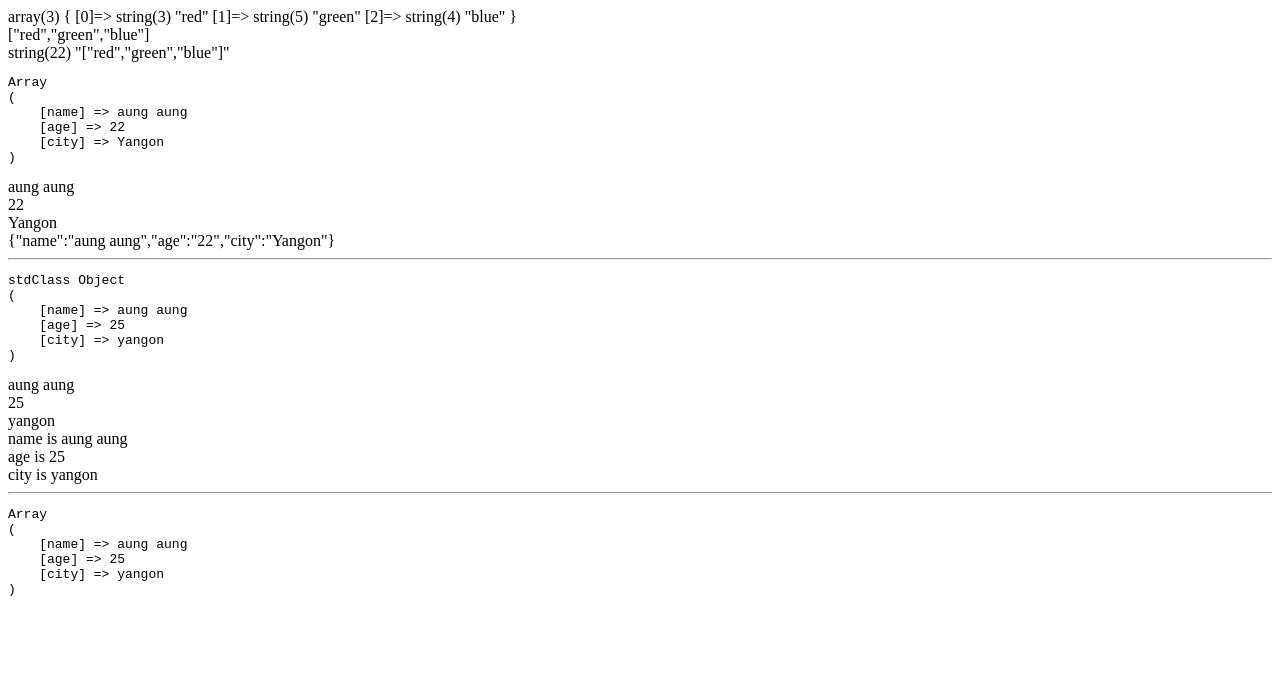
Repository: hsumyatm7308/PHP
Page: http://localhost/l37json.php
An editor plug-in stored every save of this project. The page is shown before and after the next save, followed by the edit.
The browser window is 1280 px wide. The pictures show the whole page.
The page is run by PHP 8.4 with error messages shown; the project is at /var/www/html/.

Above is the page before, as saved 2023-05-12 17:17:18.

After the next save:
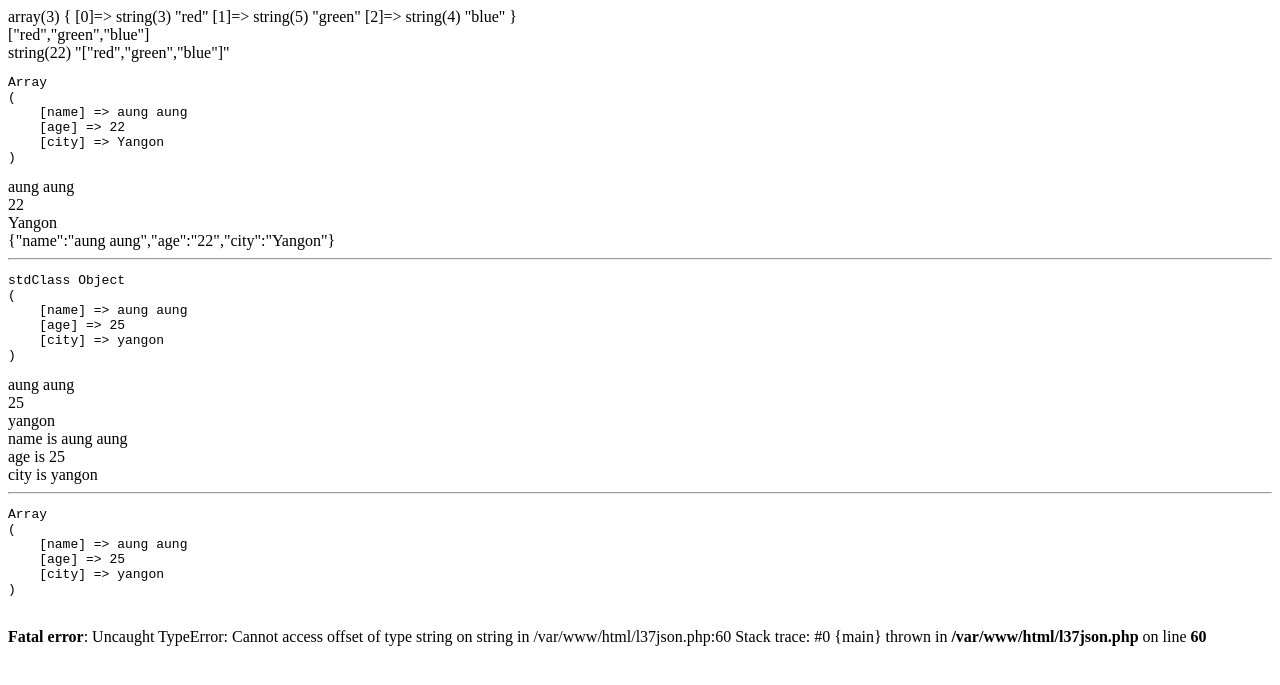
Saved 5 s later.
--- a/part1/l37json.php
+++ b/part1/l37json.php
@@ -57,9 +57,9 @@ $studentsde = json_decode($students,true);
 echo "<pre>".print_r($studentsde,true)."</pre>";
 
 // can print
-// echo $studentsen["name"];
-// echo $studentsen["age"];
-// echo $studentsen["city"];
+echo $studentsen["name"];
+echo $studentsen["age"];
+echo $studentsen["city"];
 
 
 ?>
